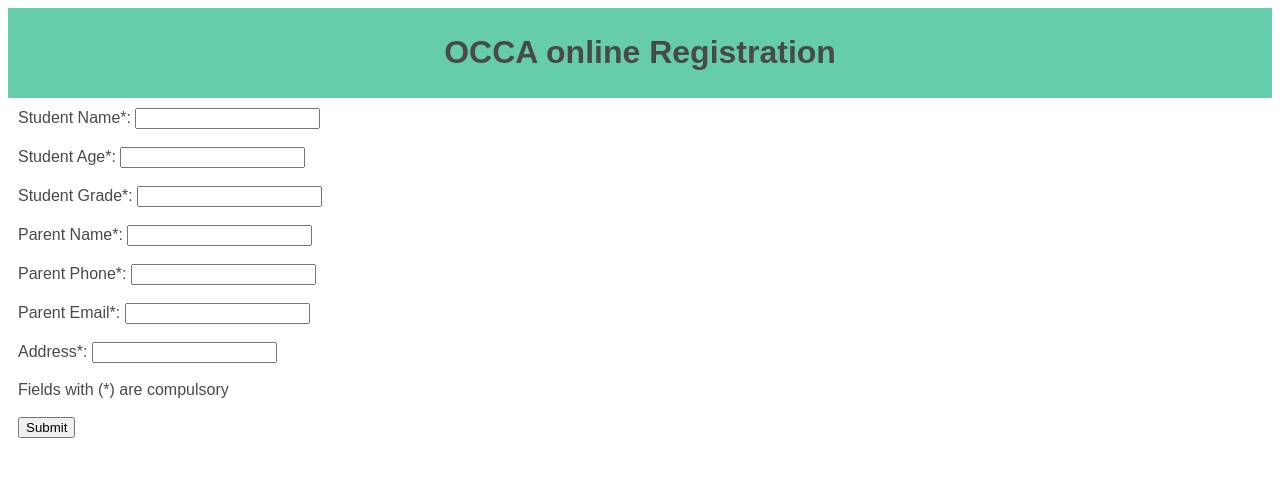
Repository: dreamxia329/TechExercise4830
Page: T3-0325-xia/T3-webProject-Xia/WebContent/register.html
An editor plug-in stored every save of this project. The page is shown before and after the next save, followed by the edit.
The browser window is 1280 px wide. The pictures show the whole page.

Above is the page before, as saved 2022-03-31 23:12:35.

After the next save:
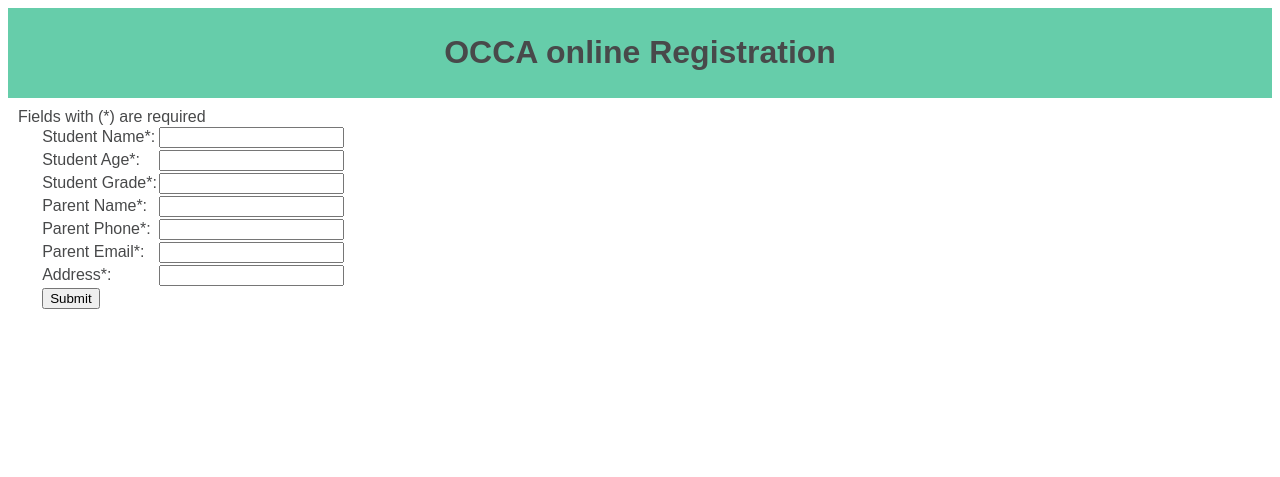
Saved 95 s later.
--- a/T3-0325-xia/T3-webProject-Xia/WebContent/register.html
+++ b/T3-0325-xia/T3-webProject-Xia/WebContent/register.html
@@ -1,7 +1,6 @@
 <html>
 <head>
 <style>
-
 body {
 	font-family: 'Poppins', sans-serif;
 	color: #48494a;
@@ -14,13 +13,21 @@ header {
 	padding: 5px;
 }
 
-
 section {
 	width: 350px;
 	float: left;
 	padding: 10px;
 }
 
+table.center {
+	margin-left: auto;
+	margin-right: auto;
+}
+table{
+border:1px;
+border-collapse: collapse;
+
+}
 </style>
 </head>
 
@@ -29,23 +36,50 @@ section {
 		<h1>OCCA online Registration</h1>
 	</header>
 
+	<section>
+		Fields with (*) are required
+		<form action="RegisterServlet" method="POST">
+			<table class="center">
+				<tr>
+					<td>Student Name*:</td>
+					<td><input type="text" name="studentName"></td>
+				</tr>
 
-	<section>
+				<tr>
+					<td>Student Age*:</td>
+					<td><input type="text" name="studentAge"></td>
+				</tr>
 
-		<form action="RegisterServlet" method="POST">
+				<tr>
+					<td>Student Grade*:</td>
+					<td><input type="text" name="studentGrade"></td>
+				</tr>
 
-			Student Name*: <input type="text" name="studentName"> <br /><br />
-			Student Age*: <input type="text" name="studentAge"> <br /><br />
-			Student Grade*: <input type="text" name="studentGrade"> <br /><br />
-			Parent Name*: <input type="text" name="parentName"> <br /><br />
-			Parent Phone*: <input type="text" name="parentPhone"> <br /><br />
-			Parent Email*: <input type="text" name="parentEmail"> <br /><br />
-			Address*: <input type="text" name="address"> <br /><br />
-			Fields with (*) are compulsory<br /><br />
+				<tr>
+					<td>Parent Name*:</td>
+					<td><input type="text" name="parentName"></td>
+				</tr>
 
-			 <input type="submit" value="Submit" />
+				<tr>
+					<td>Parent Phone*:</td>
+					<td><input type="text" name="parentPhone"></td>
+				</tr>
+
+				<tr>
+					<td>Parent Email*:</td>
+					<td><input type="text" name="parentEmail"></td>
+				</tr>
+
+				<tr>
+					<td>Address*:</td>
+					<td><input type="text" name="address"></td>
+				</tr>
+
+				<tr>
+					<td colspan=2><input type="submit" value="Submit"></td>
+				</tr>
+			</table>
 		</form>
-
 	</section>
 
 </body>
